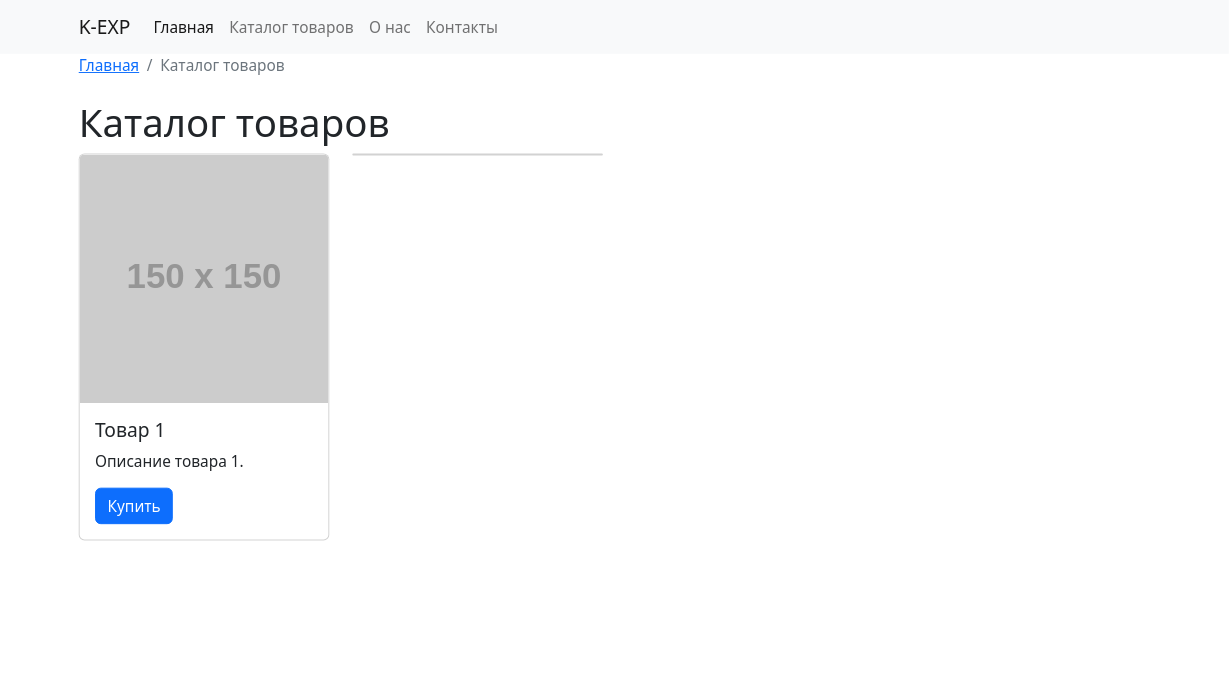
Repository: smartsoltech/kexp-shop
Page: main/catalog/templates/catalog/base.html
An editor plug-in stored every save of this project. The page is shown before and after the next save, followed by the edit.
The browser window is 1280 px wide. The pictures show the whole page, at 96% of full size.
The template is drawn by Django 4.2. The application's start-up code is not run. The template is opened directly, without the code that normally fills it, so the values that code supplies are empty.

Above is the page before, as saved 2023-03-14 13:42:00.

After the next save:
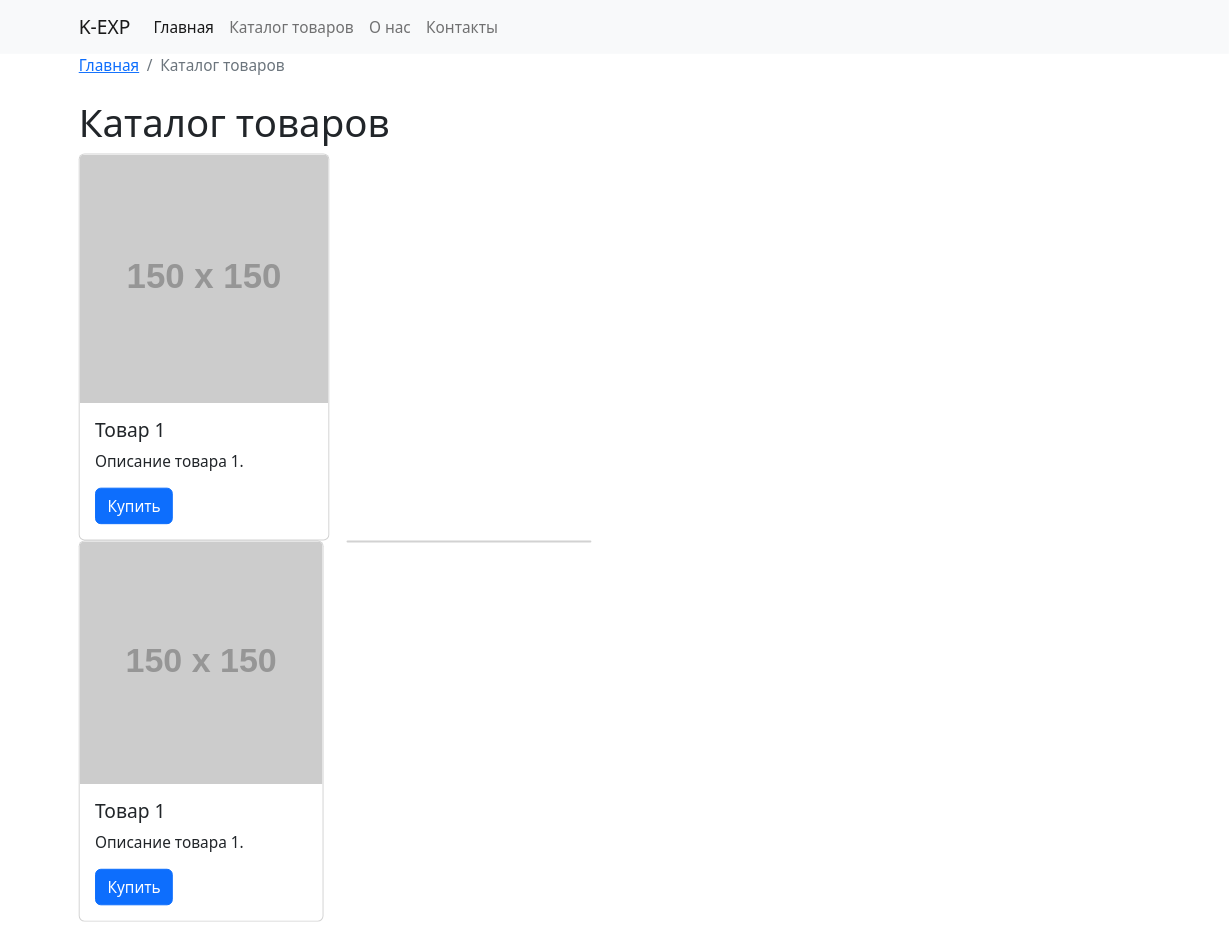
Saved 64 s later.
--- a/main/catalog/templates/catalog/base.html
+++ b/main/catalog/templates/catalog/base.html
@@ -58,6 +58,17 @@
           </div>
         </div>
       </div>
+      <div class="row">
+        <div class="col-md-3">
+          <div class="card">
+            <img src="https://via.placeholder.com/150" class="card-img-top" alt="...">
+            <div class="card-body">
+              <h5 class="card-title">Товар 1</h5>
+              <p class="card-text">Описание товара 1.</p>
+              <a href="#" class="btn btn-primary">Купить</a>
+            </div>
+          </div>
+        </div>
       <div class="col-md-3">
         <div class="card">
           <img src="https://via.placeholder.com/150" class="
